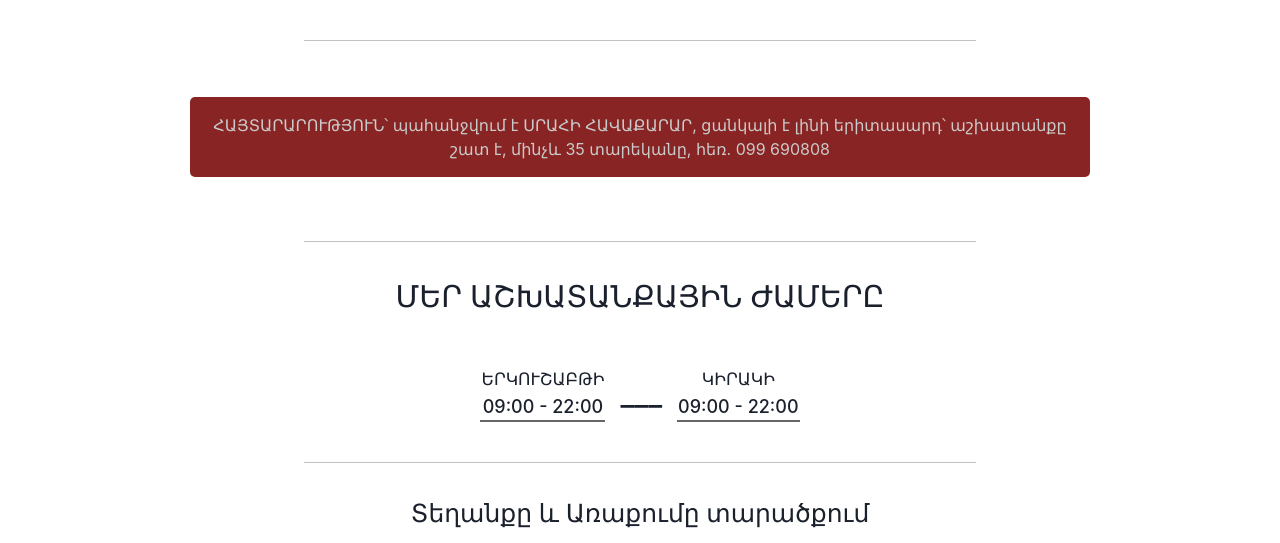
Repository: vahemar/xars
Page: /
These files come from the project's save history. The page is drawn as it stood at one moment and after a run of saves; the edit follows.
The browser window is 1280 px wide. The pictures show the part of the page from y = 720 to 1263 px (the page is 3406 px tall).
Pictures or frames that could not be fetched are drawn as grey boxes. Some web fonts or font styles are not loaded; a fallback is used. Some web libraries are served in a nearby version. The project was rebuilt for these pictures with package versions that can differ from the ones it lists, and the page was loaded fresh each time. Also part of the build but not shown: vite.config.js, src/pages/Home/Delivery/index.jsx, src/pages/Menu/index.jsx.

Above is the page before, as saved 2025-06-18 00:46:52.

### index.html
<!doctype html>
<html lang="en">

<head>
  <meta charset="UTF-8" />
  <meta name="description" content="Ղարս Թոնրատուն - որակյալ սնունդ, մատչելի գներ Ղարս թոնրատանը" />
  <meta name="keywords" content="Ղարս Թոնրատուն, ձեր սիրելի թոնրատունը՝ 9, 7 Օհանովի փողոց, Երևան հասցեում" />
  <meta name="viewport" content="width=device-width, initial-scale=1.0" />
  <meta name="google-site-verification" content="C0qv3ZITlFUNR7viYanwiDDJmCASetbCN2-KpH32p_w" />
  <title>Ղարս Թոնրատուն</title>

  <link rel="icon" href="/src/assets/svg/xarslogo.svg" type="image/svg+xml" />
  <link
  rel="stylesheet"
  href="https://unpkg.com/leaflet@1.7.1/dist/leaflet.css"
/>
</head>

<body>
  <div id="root"></div>
  <script type="module" src="/src/main.jsx"></script>
</body>

</html>

### src/main.jsx
import { createRoot } from 'react-dom/client'
import App from './App.jsx'

createRoot(document.getElementById('root')).render(
  <>
    <App />
  </>
)

### src/App.jsx
import { ChakraProvider } from "@chakra-ui/react";
import { RouterProvider } from "react-router-dom";
import { router } from "./routes";
import { Analytics } from "@vercel/analytics/react";
import { Helmet, HelmetProvider } from "react-helmet-async";
import { SpeedInsights } from "@vercel/speed-insights/react";

function App() {
  return (
    <HelmetProvider>
      <ChakraProvider>
        <Helmet>
          <link rel="preload" as="font" href="/fonts/your-font.woff2" type="font/woff2" crossorigin="anonymous" />
          <title>Ղարս Թոնրատուն</title>
          <meta name="description" content="Ղարս Թոնրատուն - որակյալ սնունդ, մատչելի գներ Ղարս թոնրատանը" />
          <meta name="keywords" content="Ղարս Թոնրատուն, ձեր սիրելի թոնրատունը՝ << 9, 7 Օհանովի փողոց, Երևան >> հասցեում" />
        </Helmet>
        <SpeedInsights />
        <Analytics />
        <RouterProvider router={router} />
      </ChakraProvider>
    </HelmetProvider>
  );
}

export default App;

### src/routes/index.jsx
import React from "react";
import Home from "../pages/Home";
import { createBrowserRouter } from "react-router-dom";
import DefaultLayout from "../layouts/DefaultLayout";
import Menu from "../pages/Menu";

export const router = createBrowserRouter([
    {
        element: <DefaultLayout />,
        children: [
            {
                path: '/',
                element: <Home />,
            },
            {
                path: '/menu',
                element: <Menu />
            }
        ],
    },
]);

### src/pages/Home/index.jsx
import React from 'react'
import { Divider, Flex, Text } from '@chakra-ui/react'
import Workhours from './Workhours'
import Building from './Building'
import Delivery from './Delivery'
import Attention from './Attention'
import Location from './Location'

function Home() {
  return (
    <Flex p={2} gap={8} w={'full'} align={'center'} direction={'column'}>
      <Divider pt={8} w={'full'}  maxW={'2xl'} borderColor={'#9A9A9A'} />
      <Attention />
      <Divider pt={8} w={'full'}  maxW={'2xl'} borderColor={'#9A9A9A'} />
      <Workhours />
      <Divider w={'full'} maxW={'2xl'} borderColor={'#9A9A9A'} />
      <Flex direction={'column'} w={'full'} align={'center'}>
        <Text fontWeight={500} fontSize={'25px'} pb={10}>Տեղանքը և Առաքումը տարածքում</Text>
        <Location />
      </Flex>
      <Divider w={'full'} borderColor={'#9A9A9A'} />
      <Building />
    </Flex>
  )
}

export default Home

### src/layouts/DefaultLayout.jsx
import React from 'react'
import { Flex } from '@chakra-ui/react'
import Header from '../components/Header/Header'
import { Outlet } from 'react-router-dom'
import Footer from '../components/Footer/Footer'

function DefaultLayout() {
  return (
    <Flex w={'full'} direction={'column'}>
      <Header />
      <Outlet />
      <Footer />
    </Flex>
  )
}

export default DefaultLayout

### src/pages/Home/Workhours/index.jsx
import React from 'react'
import { Flex, Text, Divider } from '@chakra-ui/react'

function Workhours() {
    return (
        <Flex w={'full'} align={'center'} justify={'center'}>
            <Flex w={'full'} justify={'center'} gap={10} align={'center'} direction={'column'}>
                <Text fontWeight={500} fontSize={'30px'} textAlign={'center'}>ՄԵՐ ԱՇԽԱՏԱՆՔԱՅԻՆ ԺԱՄԵՐԸ</Text>
                <Flex w={'full'} align={'center'} flexWrap="wrap" justify={'center'} direction={'row'}>
                    <Flex direction={'row'} align={'center'} gap={2}>
                        <Flex direction={'column'} align={'center'} justify={'center'} m={2}>
                            <Text fontWeight={500} fontSize="17px">ԵՐԿՈՒՇԱԲԹԻ</Text>
                            <Text fontWeight={500} fontSize="18px">09:00 - 22:00</Text>
                            <Divider borderWidth={1} borderColor={'black'} />
                        </Flex>
                        <Text fontWeight={500} fontSize={'30px'}>___</Text>
                        <Flex direction={'column'} align={'center'} justify={'center'} m={2}>
                            <Text fontWeight={500} fontSize="17px">ԿԻՐԱԿԻ</Text>
                            <Text fontWeight={500} fontSize="18px">09:00 - 22:00</Text>
                            <Divider borderWidth={1} borderColor={'black'} />
                        </Flex>
                    </Flex>
                </Flex>
            </Flex>
        </Flex>
    )
}

export default Workhours;

### src/pages/Home/Building/index.jsx
import { Flex, Image, Text } from '@chakra-ui/react'
import React from 'react'
import building3 from '../../../assets/png/xarslocation3.webp'
import building2 from '../../../assets/png/xarslocation1.webp'
import building1 from '../../../assets/png/xarslocation2.webp'

function Building() {
  return (
    <Flex  pr={4} pl={4} pb={12} pt={4} w={'full'} gap={10} direction={'column'} justify={'center'} align={'center'}>
      <Flex direction={'column'} align={'center'}>
        <Text fontWeight={500} fontSize={'30px'}>ՇԻՆՈՒԹՅՈՒՆԸ</Text>
          <Flex color={'#F3E6E6'} direction={'column'}>
            <a href='https://www.google.com/maps/place/%D5%82%D5%A1%D6%80%D5%BD+%D4%B9%D5%B8%D5%B6%D6%80%D5%A1%D5%BF%D5%B8%D6%82%D5%B6+(Ghars%2FXars+Tonratun)/@40.1804887,44.4458657,18.75z/data=!4m6!3m5!1s0x406abd003d524eeb:0xdcf01adc8feb5539!8m2!3d40.1804333!4d44.4461906!16s%2Fg%2F11lmjpf67j?entry=ttu'>
              <Text fontSize={'17px'} lineHeight={'6px'} fontWeight={500} _hover={{ color: 'black' }} color={'gray'} transition={'0.2s'}>Ղարս Թոնրատուն </Text>
            </a>
          </Flex>
      </Flex>
      <Flex wrap={'wrap'} justify={'center'} direction={'row'} gap={'5px'} align={'center'}>
        <Image borderRadius={'5px'} src={building1} />
        <Image borderRadius={'5px'} src={building2} />
        <Image borderRadius={'5px'} src={building3} />
      </Flex>
    </Flex>
  )
}

export default Building

### src/pages/Home/Attention/index.jsx
import { Flex, Text } from '@chakra-ui/react'
import React from 'react'

function Attention() {
  return (
    <Flex mt={6} borderRadius={'5px'} p={4} maxW={'900px'} w={'full'} bg={'#882423'} direction={'column'} justify={'center'} align={'center'}>
        <a href='tel:099690808'>
        <Text  color={'#CACACA'} _hover={{color: 'white'}} transition={'0.2s'} textAlign={'center'} cursor={'pointer'}>ՀԱՅՏԱՐԱՐՈՒԹՅՈՒՆ՝ պահանջվում է ՍՐԱՀԻ ՀԱՎԱՔԱՐԱՐ, ցանկալի է լինի երիտասարդ՝ աշխատանքը շատ է, մինչև 35 տարեկանը, հեռ. 099 690808 </Text>
        </a>
    </Flex>
  )
}

export default Attention

### src/pages/Home/Location/index.jsx
import React from "react";
import { Flex, Image, Text } from '@chakra-ui/react'
import MapComponent from "../../../components/MapComponent/MapComponent";

const Location = () => {
    return (
        <Flex w={'full'} direction={'column'} justify={'center'} pb={2} >
            <MapComponent />
        </Flex>
    );
}

export default Location

### src/components/Footer/Footer.jsx
import React from 'react'
import { Flex, Text, Image, Link } from '@chakra-ui/react'
import xarsImage from '../../assets/svg/xarslogo.svg'
import instagramXars from '../../assets/svg/icon-social-isnatgram.svg'
import tiktokXars from '../../assets/svg/tiktok-icon.svg'


function Footer() {
  return (
    <Flex w={'full'}>
      <Flex w={'full'} display={['none', 'none', 'none', 'flex', 'flex']} align={'center'} gap={4} direction={'column'} justify={'center'} pb={6} pt={12} bg={'#742726'}>
        <Flex direction={'column'} gap={'4px'} align={'center'} onClick={() => window.scrollTo({ top: 0, behavior: 'smooth' })} pointerEvents={'auto'} >
          <Image src={xarsImage} cursor={'pointer'} id='#home' width={'150px'} height={'150px'} fill='#FFF' stroke='#FFF' />
          <Text fontWeight={500} color={'white'} cursor={'pointer'} fontSize={'18px'}>Ղարս Թոնրատուն</Text>
        </Flex>
        <Flex align={'center'} direction={'column'}>
          <Flex lineHeight={'17px'} align={'center'} direction={'column'} gap={'4px'}>
            <a href='https://www.google.com/maps/place/%D5%82%D5%A1%D6%80%D5%BD+%D4%B9%D5%B8%D5%B6%D6%80%D5%A1%D5%BF%D5%B8%D6%82%D5%B6+(Ghars%2FXars+Tonratun)/@40.1804887,44.4458657,18.75z/data=!4m6!3m5!1s0x406abd003d524eeb:0xdcf01adc8feb5539!8m2!3d40.1804333!4d44.4461906!16s%2Fg%2F11lmjpf67j?entry=ttu'>
              <Text _hover={{ color: 'white' }} transition={'0.2s'} color={'#E7E7E7'}>Երևան, Օհանովի 9/7</Text>
            </a>
            <Flex color={'#E7E7E7'} direction={'column'} gap={2} pt={'2px'} align={'center'}>
              {/* <Text>Հեռախոսահամար.</Text> */}
              <Flex direction={'row'} gap={'4px'}>
                <a href='tel:+091730771'>
                  <Text _hover={{ color: 'white' }} transition={'0.2s'} as='span'>091 730 771 /</Text>
                </a>
                <a href='tel:+093730771'>
                  <Text _hover={{ color: 'white' }} transition={'0.2s'} as='span'>093 730 771</Text>
                </a>
              </Flex>

            </Flex>
          </Flex>
          <Flex pt={4} gap={2}>
            <Image src={tiktokXars} width={'30px'} height={'30px'} cursor={'pointer'} onClick={() => window.open('https://www.tiktok.com/@xarstonratun', '_blank')} />
            <Image src={instagramXars} width={'30px'} height={'30px'} cursor={'pointer'} onClick={() => window.open('https://www.instagram.com/xarstonratun', '_blank')} />
          </Flex>
          <Flex pt={2}>
            <Link href="mailto:info@xars.am" _hover={{ textDecoration: 'none' }}>
              <Text color="#E7E7E7" _hover={{ color: 'white' }} cursor="pointer" transition="0.2s" as="span">
                info@xars.am
              </Text>
            </Link>
          </Flex>
        </Flex>
      </Flex>
      <Flex w={'full'} display={['flex', 'flex', 'flex', 'none', 'none']} align={'center'} gap={4} direction={'column'} justify={'center'} pr={6} pl={4} pb={6} pt={8} bg={'#742726'}>
        <Flex direction={'column'} gap={'4px'} align={'center'} onClick={() => window.scrollTo({ top: 0, behavior: 'smooth' })} pointerEvents={'auto'} >
          <Image src={xarsImage} cursor={'pointer'} id='#home' width={'120px'} height={'120px'} fill='#FFF' stroke='#FFF' />
          <Text fontWeight={500} color={'white'} cursor={'pointer'} fontSize={'18px'}>Ղարս Թոնրատուն</Text>
        </Flex>
        <Flex align={'center'} direction={'column'}>
          <Flex lineHeight={'17px'} align={'center'} direction={'column'} gap={2}>
            <a href='https://www.google.com/maps/place/%D5%82%D5%A1%D6%80%D5%BD+%D4%B9%D5%B8%D5%B6%D6%80%D5%A1%D5%BF%D5%B8%D6%82%D5%B6+(Ghars%2FXars+Tonratun)/@40.1804887,44.4458657,18.75z/data=!4m6!3m5!1s0x406abd003d524eeb:0xdcf01adc8feb5539!8m2!3d40.1804333!4d44.4461906!16s%2Fg%2F11lmjpf67j?entry=ttu'>
              <Text _hover={{ color: 'white' }} transition={'0.2s'} color={'#E7E7E7'}>Երևան, Օհանովի 9/7</Text>
            </a>
            <Flex color={'#E7E7E7'} direction={'column'} gap={'2px'} align={'center'} justify={'center'}>
              <a href='tel:+091730771'>
                <Text _hover={{ color: 'white' }} transition={'0.2s'} as='span'>091 730 771 </Text>
              </a>
              <a href='tel:+093730771'>
                <Text _hover={{ color: 'white' }} transition={'0.2s'} as='span'>093 730 771</Text>
              </a>
            </Flex>
          </Flex>
          <Flex pt={4} direction='row' gap={2} align={'center'}>
            <Image src={tiktokXars} width={'30px'} height={'30px'} cursor={'pointer'} onClick={() => window.open('https://www.tiktok.com/@xarstonratun', '_blank')} />
            <Image src={instagramXars} width={'30px'} height={'30px'} cursor={'pointer'} onClick={() => window.open('https://www.instagram.com/xarstonratun', '_blank')} />
          </Flex>
        </Flex>
      </Flex>
    </Flex>
  )
}

export default Footer

### src/components/MapComponent/MapComponent.jsx
import React, { useEffect, useState } from 'react';
import L from 'leaflet';
import 'leaflet/dist/leaflet.css';


const MapComponent = () => {
    const [mapInteractionsEnabled, setMapInteractionsEnabled] = useState(false);
    const mapRef = React.useRef(null);
    const [hovering, setHovering] = useState(false); // Track hover state
    useEffect(() => {
        if (!mapRef.current) {
            console.log('Initializing map...');
            const map = L.map('map', { attributionControl: false }).setView([40.1804333, 44.4461906], 13);

            if (map) {
                console.log('Map initialized successfully.');
            } else {
                console.log('Map initialization failed.');
            }

            const redMarker = L.divIcon({
                className: 'custom-red-marker',
                html: '<div style="width: 10px; height: 10px; background-color: #621817; border-radius: 30%;"></div>',
                iconSize: [10, 10],
                iconAnchor: [5, 8]
            });

            L.tileLayer('https://{s}.tile.openstreetmap.org/{z}/{x}/{y}.png', {
                attribution: '&copy; <a href="https://www.openstreetmap.org/copyright">OpenStreetMap</a> contributors'
            }).addTo(map);

            L.marker([40.1804333, 44.4461906], { icon: redMarker })
                .addTo(map)
                .bindTooltip('<b>Ղարս Թոնրատուն</b>', {
                    permanent: true,
                    direction: 'top',
                    className: 'custom-tooltip'
                })
                .openTooltip();

            // Add circle
            L.circle([40.1816664, 44.4361517], {
                color: '#621817',
                fillColor: '#742726',
                fillOpacity: 0.3,
                radius: 1550
            }).addTo(map);

            mapRef.current = map;
        }

        return () => {
            if (mapRef.current) {
                mapRef.current.remove();
                mapRef.current = null; // Clean up reference
            }
        };
    }, []);

    // Enable or disable map interactions
    const toggleMapInteractions = () => {
        setMapInteractionsEnabled((prev) => !prev);
    };

    // Enable or disable map interactions based on state
    useEffect(() => {
        if (mapRef.current) {
            const map = mapRef.current;
            if (mapInteractionsEnabled) {
                map.dragging.enable();
                map.scrollWheelZoom.enable();
                map.touchZoom.enable();
                map.doubleClickZoom.enable();
            } else {
                map.dragging.disable();
                map.scrollWheelZoom.disable();
                map.touchZoom.disable();
                map.doubleClickZoom.disable();
            }
        }
    }, [mapInteractionsEnabled]);

    return (
        <div style={{ position: 'relative' }}>
            {/* Overlay for hover effect */}
            <div
                id="map-overlay"
                style={{
                    position: 'absolute',
                    top: 0,
                    left: 0,
                    right: 0,
                    bottom: 0,
                    backgroundColor: 'rgba(0, 0, 0, 0.3)', // Dark overlay effect
                    opacity: mapInteractionsEnabled ? 0 : hovering ? 1 : 0, // Disable hover effect when interactions are enabled
                    transition: 'opacity 0.3s ease', // Smooth transition
                    pointerEvents: 'none', // Allow clicking through the overlay
                    zIndex: 999, // Overlay above map
                }}
            ></div>

            {/* Button to toggle map interactions */}
            <button
                className="interact-button"
                onClick={toggleMapInteractions}
                style={{
                    position: 'absolute',
                    top: '10px',
                    left: '50%',
                    transform: 'translateX(-50%)', // Center button horizontally
                    backgroundColor: '#742726',
                    color: 'white',
                    padding: '10px',
                    border: 'none',
                    borderRadius: '5px',
                    cursor: 'pointer',
                    zIndex: '1000',
                    opacity: hovering ? 1 : 0, // Show button when hovering over the map
                    transition: 'opacity 0.3s ease', // Smooth transition for visibility
                }}
                id="interactButton"
                onMouseEnter={() => setHovering(true)} // Keep hovering true when hovering over the button
                onMouseLeave={() => setHovering(false)} // Stop hovering when leaving the button
            >
                {mapInteractionsEnabled ? 'Չփոխազդել' : 'Փոխազդել '}
            </button>

            {/* Map Container */}
            <div
                id="map"
                style={{
                    height: '430px',
                    width: '100%',
                    position: 'relative',
                    cursor: 'pointer',
                }}
                onMouseEnter={() => setHovering(true)} // Show overlay and button on hover
                onMouseLeave={() => setHovering(false)} // Hide overlay and button when hover ends
            ></div>
        </div>
    );
};

export default MapComponent;

Loaded but not shown: src/constants/constants.jsx (238 lines, source omitted); src/components/Header/Header.jsx (141 lines, source omitted)

After the next 3 saves:
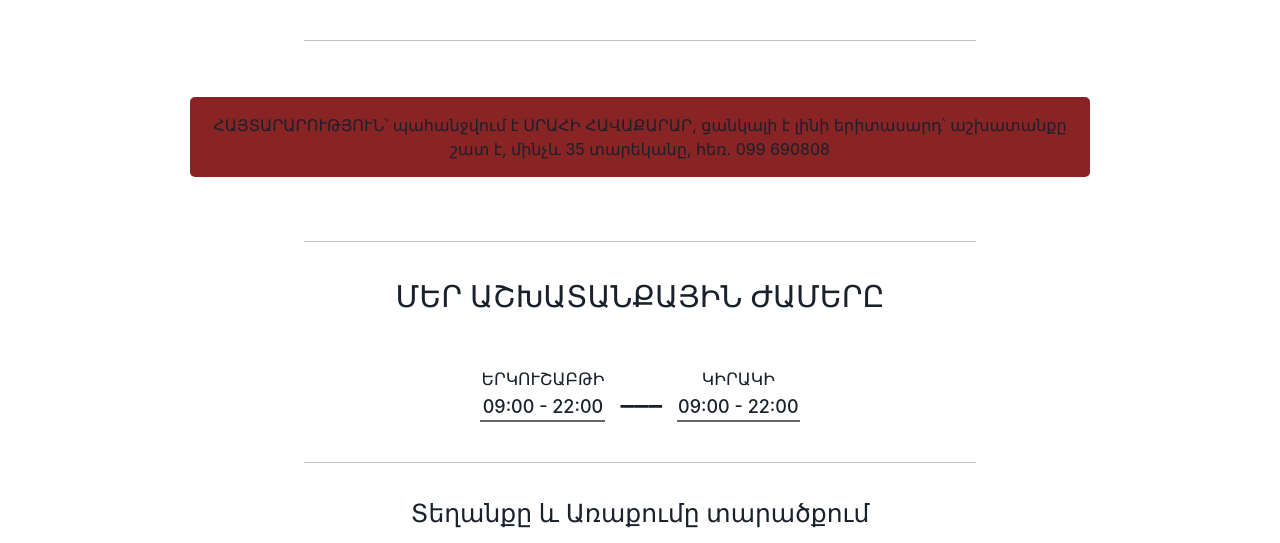
The 3 saves are shown as one change because they came seconds apart.
The last was saved 48 s later.
--- a/src/pages/Home/Attention/index.jsx
+++ b/src/pages/Home/Attention/index.jsx
@@ -5,7 +5,7 @@ function Attention() {
   return (
     <Flex mt={6} borderRadius={'5px'} p={4} maxW={'900px'} w={'full'} bg={'#882423'} direction={'column'} justify={'center'} align={'center'}>
         <a href='tel:099690808'>
-        <Text  color={'#CACACA'} _hover={{color: 'white'}} transition={'0.2s'} textAlign={'center'} cursor={'pointer'}>ՀԱՅՏԱՐԱՐՈՒԹՅՈՒՆ՝ պահանջվում է ՍՐԱՀԻ ՀԱՎԱՔԱՐԱՐ, ցանկալի է լինի երիտասարդ՝ աշխատանքը շատ է, մինչև 35 տարեկանը, հեռ. 099 690808 </Text>
+        <Text  color={'#E7E7E'} _hover={{color: 'white'}} transition={'0.2s'} textAlign={'center'} cursor={'pointer'}>ՀԱՅՏԱՐԱՐՈՒԹՅՈՒՆ՝ պահանջվում է ՍՐԱՀԻ ՀԱՎԱՔԱՐԱՐ, ցանկալի է լինի երիտասարդ՝ աշխատանքը շատ է, մինչև 35 տարեկանը, հեռ. 099 690808 </Text>
         </a>
     </Flex>
   )
